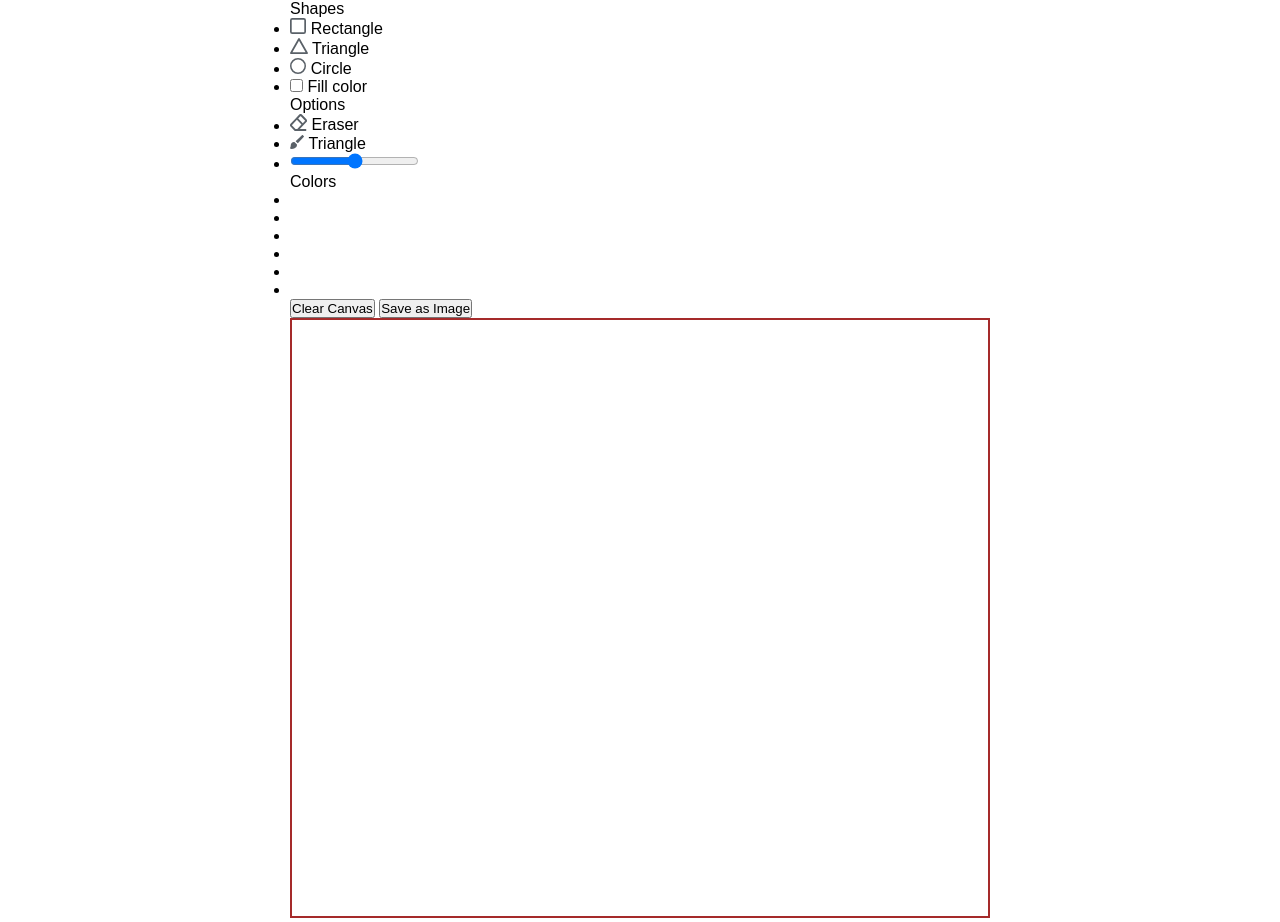
Repository: mdsajib50/Drawing-app
Page: index.html
These files come from the project's save history. The page is drawn as it stood at one moment and after the next save; the edit follows.
The browser window is 1280 px wide. The pictures show the whole page.

Above is the page before, as saved 2025-02-17 21:30:35.

### index.html
<!DOCTYPE html>
<html lang="en">
<head>
    <meta charset="UTF-8">
    <meta name="viewport" content="width=device-width, initial-scale=1.0">
    <link rel="stylesheet" href="style.css">
    <title>Drawing App</title>
</head>
<body>
    <div class="container">
        <aside>
            <div class="row">
                <label for="" class="title">Shapes</label>
               <ul class="options">
                <li class="option">
                    <img src="icons/icons/rectangle.svg" alt="">
                    <span>Rectangle</span>
                </li>
                <li class="option">
                    <img src="icons/icons/triangle.svg" alt="">
                    <span>Triangle</span>
                </li>
                <li class="option">
                    <img src="icons/icons/circle.svg" alt="">
                    <span>Circle</span>
                </li>
                <li class="option">
                    <input type="checkbox" name="" id="">
                    <label for="">Fill color</label>
                </li>
               </ul>
            </div>
            <div class="row">
                <label for="" class="title">Options</label>
               <ul class="options">
                <li class="option">
                    <img src="icons/icons/eraser.svg" alt="">
                    <span>Eraser</span>
                </li>
                <li class="option">
                    <img src="icons/icons/brush.svg" alt="">
                    <span>Triangle</span>
                </li>
                <li class="option">
                    <input type="range" name="" id="size-slider">
                </li>
               </ul>
            </div>
            <div class="row">
                <label for="" class="title">Colors</label>
               <ul class="colors">
                <li class="option"></li>
                <li class="option"></li>
                <li class="option"></li>
                <li class="option"></li>
                <li class="option"></li>
                <li class="option"></li>
               </ul>
            </div>
            <div class="row">
               <button class="clear-canvas" type="button">Clear Canvas</button>
               <button class="save-image" type="button">Save as Image</button>
            </div>
        </aside>
        <div>
            <canvas id="mycanvas"></canvas>
        </div>
    </div>
    <script src="script.js"></script>
</body>
</html>

### style.css
*{
    margin: 0;
    padding: 0;
    box-sizing: border-box;
    font-family: 'Poppins', sans-serif;
}

body{
    display: flex;
    justify-content: center;
    align-items: center;
    min-height: 100vh;
    background-color: #4A98F;
}
canvas{
    width: 700px;
    height: 600px;
    border: 2px solid brown;
}

### script.js
const drawing = document.getElementById('myCanvas');

After the next save:
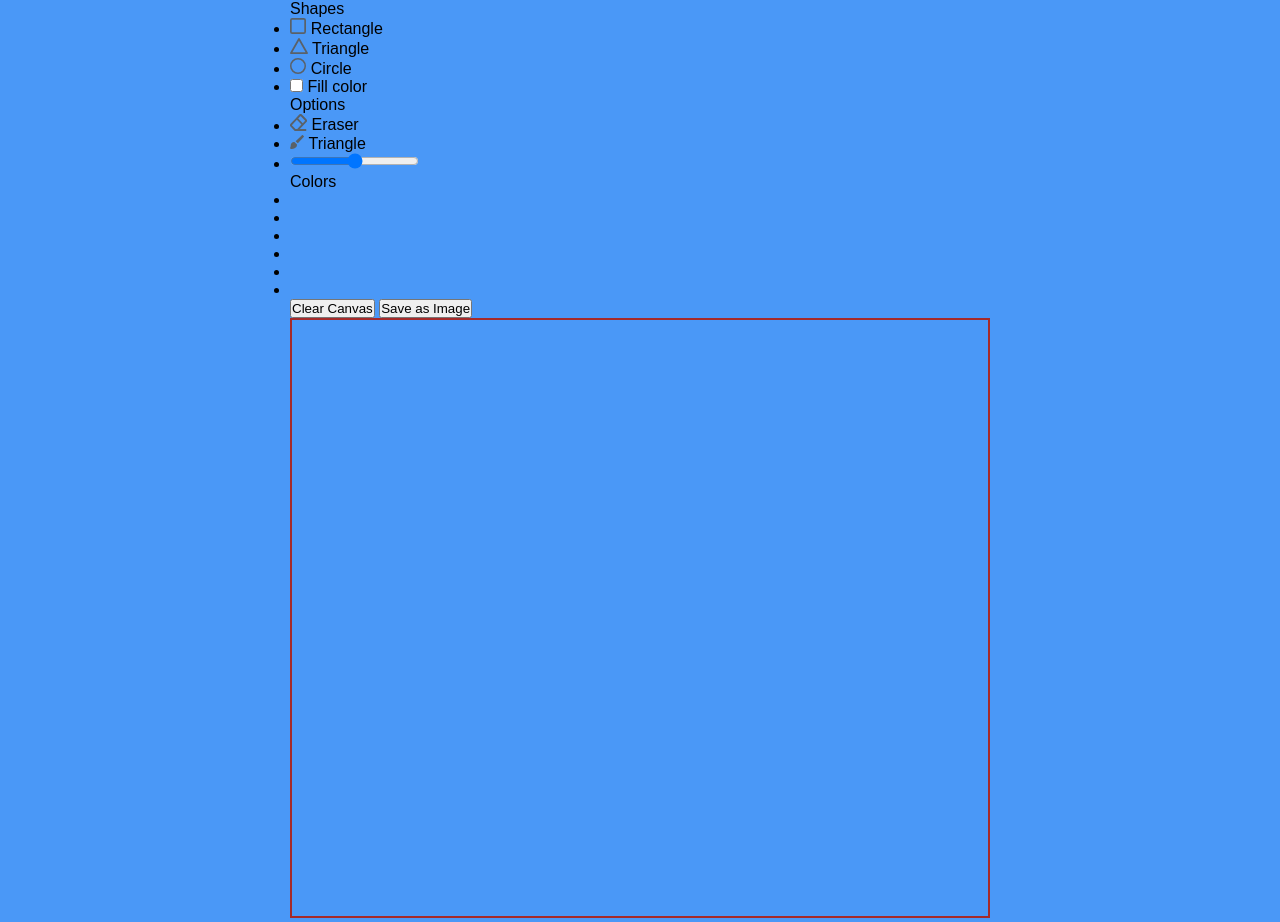
Saved 5 s later.
--- a/style.css
+++ b/style.css
@@ -10,7 +10,7 @@ body{
     justify-content: center;
     align-items: center;
     min-height: 100vh;
-    background-color: #4A98F;
+    background-color: #4A98F7;
 }
 canvas{
     width: 700px;
